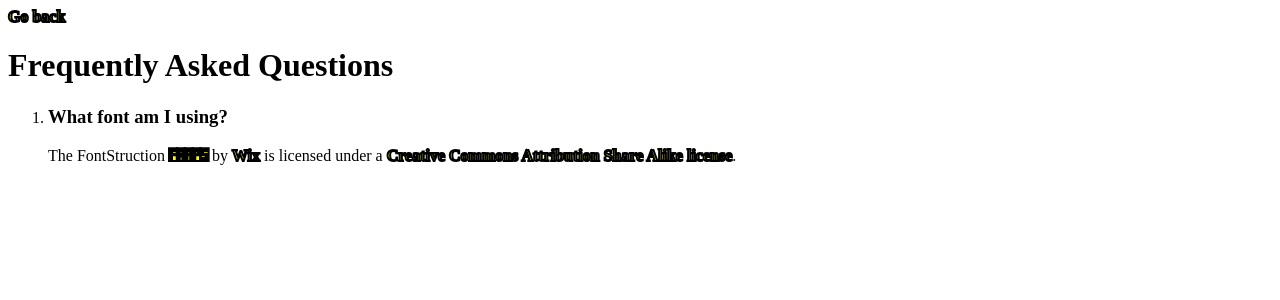
Repository: aliendetonator/fake-fraps-counter
Page: faq.html
The author's editor kept a copy of each file at every save. The page is drawn from the files as they stood at one save, then again after the next save.
The browser window is 1280 px wide. The pictures show the whole page.

Above is the page before, as saved 2023-08-31 04:25:46.

After the next save:
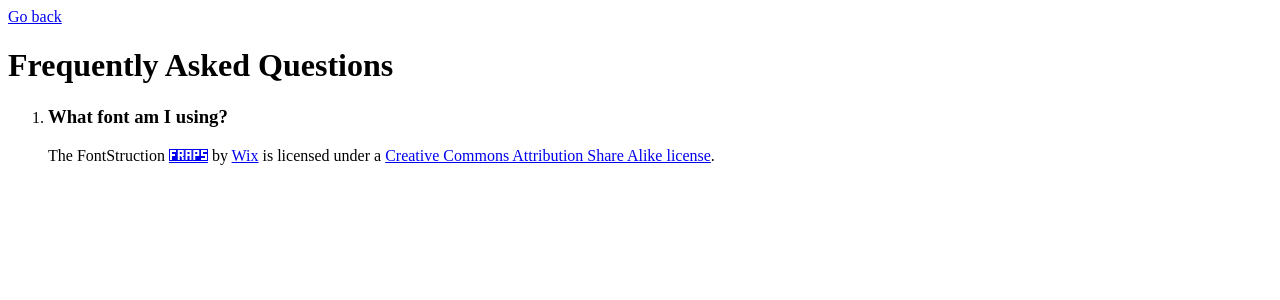
Saved 25 s later.
--- a/src/css/faq.css
+++ b/src/css/faq.css
@@ -1,15 +1,15 @@
-a:link,
-a:visited,
-a:hover,
-a:active{
+goback{
+    font-weight: 900;
+    -webkit-text-stroke: 2px #000;
+}
+
+goback:link,
+goback:visited,
+goback:hover,
+goback:active{
     text-decoration: none;
     color: yellow;
 }
-a:hover{
+goback:hover{
     color:#DD0;
 }
-
-a{
-    font-weight: 900;
-    -webkit-text-stroke: 2px #000;
-}
